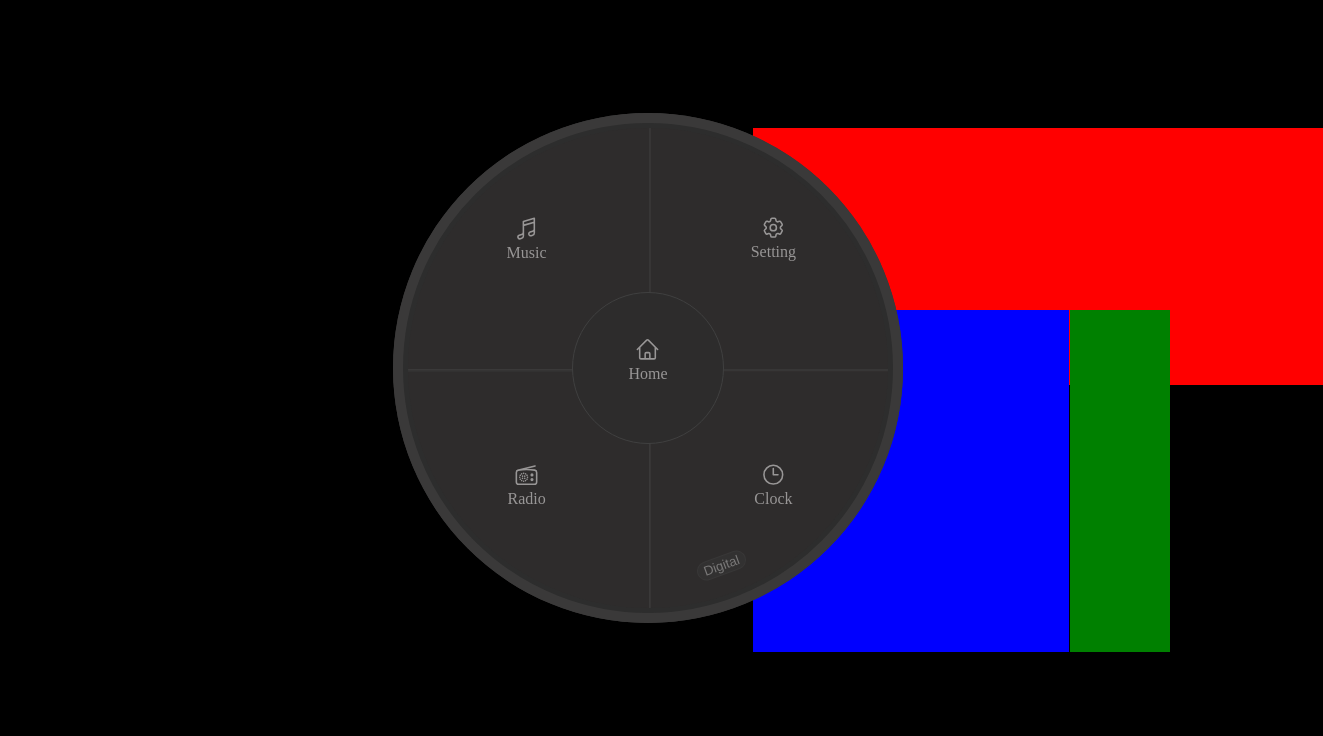
Repository: hsumyatm7308/Basecycle
Page: index.html
An editor plug-in stored every save of this project. The page is shown before and after the next save, followed by the edit.
The browser window is 1280 px wide. The page is 1323 px wide, so the pictures cover 1323 px, including what lies to the right of the window. The pictures show the whole page.

Above is the page before, as saved 2023-06-03 00:11:46.

After the next save:
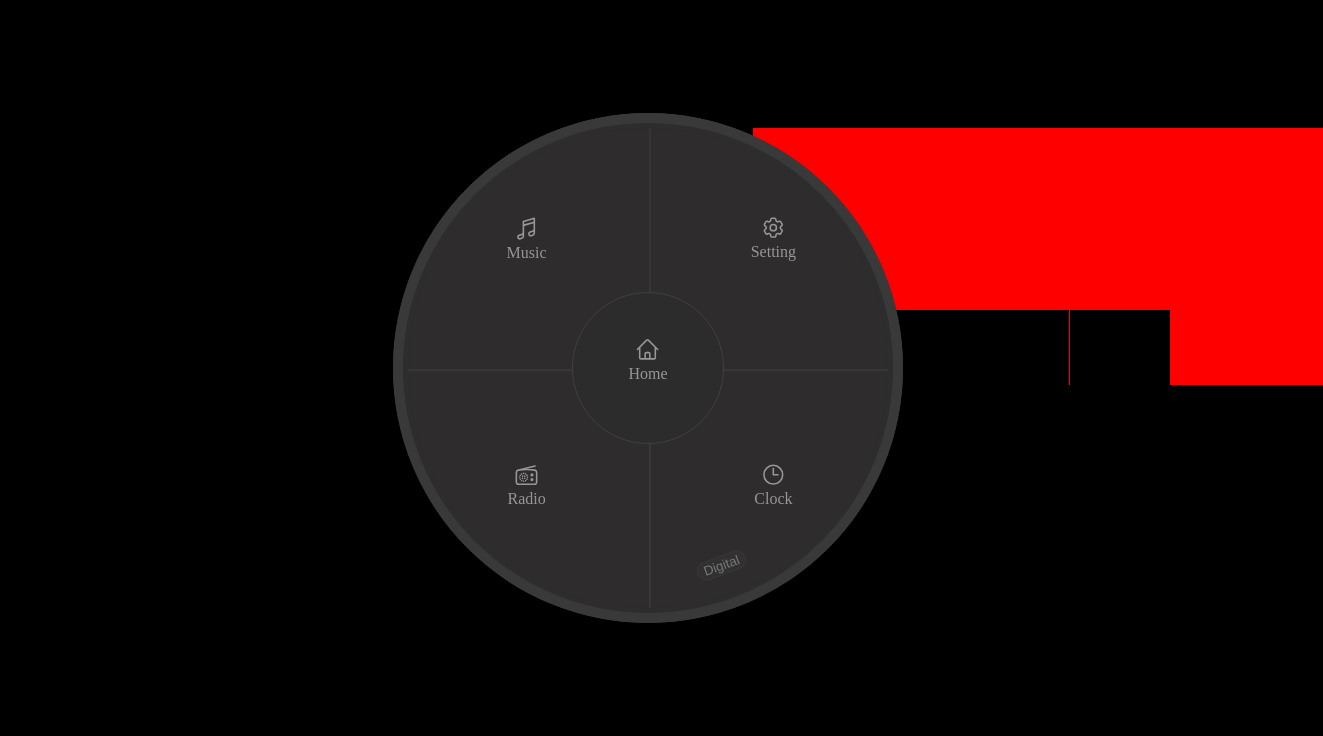
Saved 37 s later.
--- a/style.css
+++ b/style.css
@@ -643,8 +643,8 @@ body {
 .digiani1{
     width: 340px;
     height: 60%;
-    background-color: blue;
-    /* background-color: #000; */
+    /* background-color: blue; */
+    background-color: #000;
     position: absolute;
     right: 44.5%;
     bottom: 8%;
@@ -659,8 +659,8 @@ body {
 .digiani2{
     width:100px ;
     height: 60%;
-    background-color: green;
-    /* background-color: #000; */
+    /* background-color: green; */
+    background-color: #000;
     position: absolute;
     bottom: 8%;
     right: 26.8%;
